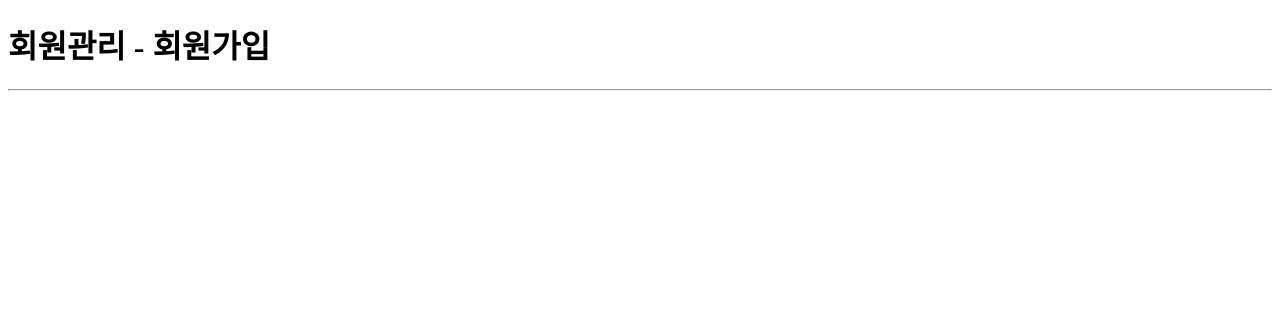
Repository: wona-owo/Spring
Page: http://localhost/00_spring/member/joinFrm.kh
An editor plug-in stored every save of this project. The page is shown before and after the next save, followed by the edit.
The browser window is 1280 px wide. The pictures show the whole page.
The page is served by Tomcat 9. Other server files are loaded and not shown.

Above is the page before, as saved 2024-12-03 03:06:08.

### 00_spring/src/main/webapp/WEB-INF/views/member/join.jsp
<%@ page language="java" contentType="text/html; charset=UTF-8"
    pageEncoding="UTF-8"%>
<!DOCTYPE html>
<html>
<head>
<meta charset="UTF-8">
<title>Insert title here</title>
</head>
<body>
	<h1>회원관리 - 회원가입</h1>


	<hr>


</body>
</html>

After the next save:
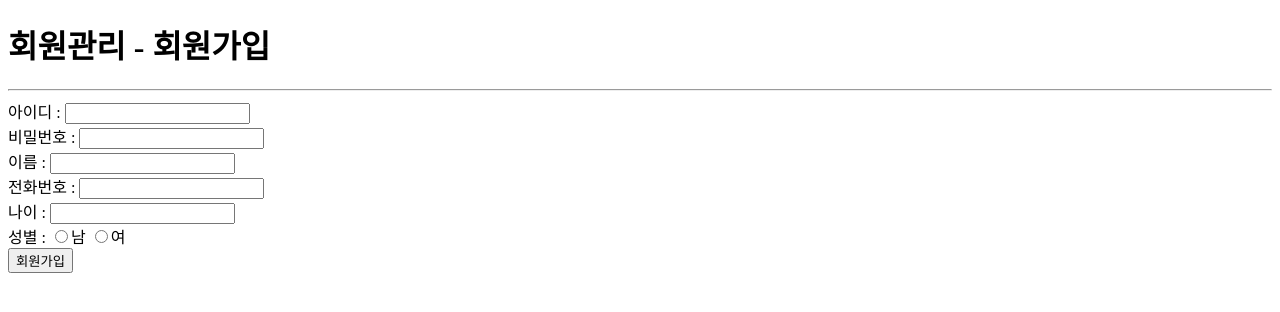
Saved 5 min 11 s later.
--- a/00_spring/src/main/webapp/WEB-INF/views/member/join.jsp
+++ b/00_spring/src/main/webapp/WEB-INF/views/member/join.jsp
@@ -12,6 +12,15 @@
 
 	<hr>
 
-
+	<form action="/member/join.kh" method="post">
+		아이디 : <input type="text" name="memberId"> <br>
+		비밀번호 : <input type="password" name="memberPw"> <br>
+		이름 : <input type="text" name="memberName"> <br>
+		전화번호 : <input type="text" name="memberPhone"> <br>
+		나이 : <input type="text" name="memberAge"> <br>
+		성별 : <input type="radio" name="memberGender" value="M">남
+		      <input type="radio" name="memberGender" value="F">여 <br>
+		 <input type="submit" value="회원가입">
+	</form>
 </body>
 </html>
